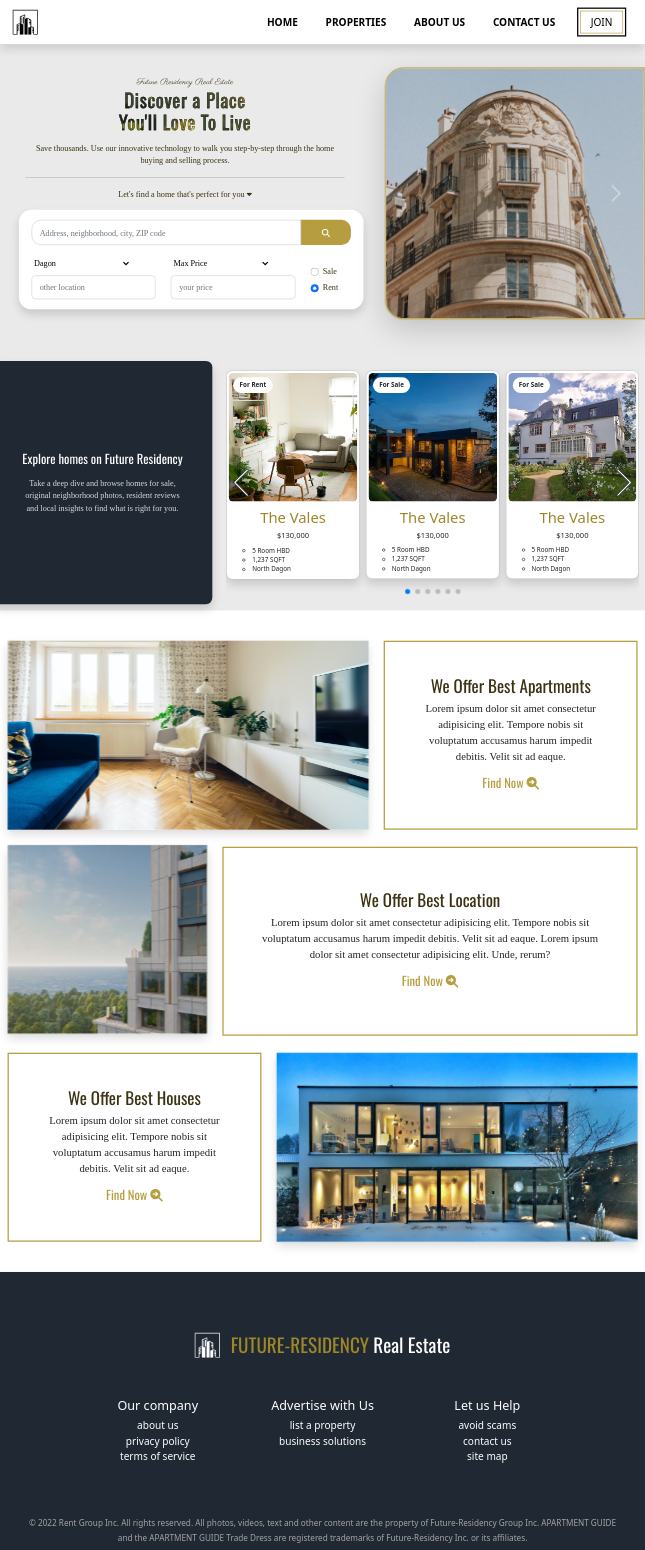
Repository: pyaestk/Future-residency
Page: index.html
These files come from the project's save history. The page is drawn as it stood at one moment and after the next save; the edit follows.
The browser window is 1024 px wide. The pictures show the whole page, at 63% of full size.
Pictures or frames that could not be fetched are drawn as grey boxes. Some web fonts or font styles are not loaded; a fallback is used.

Above is the page before, as saved 2022-12-13 21:30:58.

### index.html
<!doctype html>
<html lang="en">

<head>
  <meta charset="utf-8">
  <meta name="viewport" content="width=device-width, initial-scale=1, minimum-scale=1, maximum-scale=1 ">
  <title>FUTURE-RESIDENCY</title>
  <!--bootstrap-->
  <link href="https://cdn.jsdelivr.net/npm/bootstrap@5.2.3/dist/css/bootstrap.min.css" rel="stylesheet"
    integrity="sha384-rbsA2VBKQhggwzxH7pPCaAqO46MgnOM80zW1RWuH61DGLwZJEdK2Kadq2F9CUG65" crossorigin="anonymous">

  <!--custom css-->
  <link rel="stylesheet" href="style.css" type="text/css">
  <link rel="stylesheet" href="styleMobileview.css" type="text/css">
  <link rel="stylesheet" href="styleTabletview.css" type="text/css">

  <!--font awesome-->
  <link rel="stylesheet" href="https://cdnjs.cloudflare.com/ajax/libs/font-awesome/6.2.1/css/all.min.css"
    integrity="sha512-MV7K8+y+gLIBoVD59lQIYicR65iaqukzvf/nwasF0nqhPay5w/9lJmVM2hMDcnK1OnMGCdVK+iQrJ7lzPJQd1w=="
    crossorigin="anonymous" referrerpolicy="no-referrer" />

  <!--swiper js-->
  <link rel="stylesheet" href="https://cdn.jsdelivr.net/npm/swiper@8/swiper-bundle.min.css" />

</head>

<body>

  <!-- background -->
  <div class="background"></div>

  <!--navigation-->
  <nav class="shadow">
    <div class="logo-area">
      <img src="img/FUTURE_ReSIDENCY-removebg-preview.png" alt="logo" class="logo">
      <span>FUTURE-RESIDENCY</span>
    </div>


    <!--desktop-->
    <div class="navlinks" id="nav-right">
      <div class="icon closeMenubar shadow" onclick="hideMenu()">
        <i class="fa-solid fa-xmark"></i>
      </div>
      <ul>
        <li><a href="#">HOME</a></li>
        <li><a href="properties.html">PROPERTIES</a></li>
        <li><a href="aboutUs.html">ABOUT US</a></li>
        <li><a href="contactUs.html">CONTACT US</a></li>
        <a href="singIn.html" class="navibutton">JOIN</a></li>
      </ul>
    </div>
    <div class="icon openMenubar">
      <i class="fa-solid fa-bars" onclick="showMenu()"></i>
    </div>
  </nav>
  <!--end navigation-->


  <!--jumbotron-->
  <div class="jumbotron mb-5">
    <div class="row mt-3">

      <div class="col-md-7 content">
        <div class="row px-5 text-center">
          <div class="col-md-12 mt-4 px-1">
            <div class="subtext text-center">
              <h4 class="mb-0">Future Residency Real Estate</h4>
            </div>
            <p>Discover a Place <br> You'll Love To Live</p>
            <div class="subtext my-2 text-center">
              <span>Save thousands. Use our innovative technology to walk you
                step-by-step through the home buying and selling process.</span>
            </div>
            <hr>
          </div>
        </div>

        <div class="row justify-content-md-center formsession">
          <div class="col-md-12">
            <div class="mb-3 text-center">
              <span style="--delay: .4s; ">
                Let's find a home that's perfect for you <i class="fa-sharp fa-solid fa-caret-down"></i>
              </span>
            </div>
            <div class="searchSection shadow  py-3 " style="--delay: 1s;">
              <div class="row">
                <div class="container input-group form-area mb-3 searchgroup">
                  <input type="text" class="form-control searchbar" placeholder="Address, neighborhood, city, ZIP code">
                  <button><i class="fa-solid fa-magnifying-glass"></i></button>
                </div>
              </div>
              <div class="row">
                <div class="col-md-5 col">
                  <select name="" id="">
                    <option value="">Dagon</option>
                    <option value="">North Dagon</option>
                    <option value="">Yankin</option>
                    <option value="">San Chaung</option>
                  </select>
                  <input type="text" class="form-control" placeholder="other location">
                </div>
                <div class="col-md-5 col">
                  <select name="" id="">
                    <option value="">Max Price</option>
                    <option value="">Average</option>
                    <option value="">Min Price</option>
                  </select>
                  <input type="text" class="form-control" placeholder="your price">
                </div>
                <div class="col-md-2 pt-3 col-3">
                  <div class="form-check">
                    <input class="form-check-input" type="radio" name="flexRadioDefault" id="flexRadioDefault1">
                    <label class="form-check-label" for="flexRadioDefault1">
                      Sale
                    </label>
                  </div>
                  <div class="form-check">
                    <input class="form-check-input" type="radio" name="flexRadioDefault" id="flexRadioDefault2" checked>
                    <label class="form-check-label" for="flexRadioDefault2">
                      Rent
                    </label>
                  </div>
                </div>
              </div>
            </div>
          </div>
        </div>
      </div>

      <div class="col-md-5 text-center customCarousel my-2">
        <div id="carouselExampleCaptions" class="carousel slide w-100" data-bs-ride="true">
          <div class="carousel-inner carouselborder shadow-lg">
            <div class="carousel-item">
              <video src="img/carouselvideo1.mp4" poster="img/video-poster.jpg" autoplay loop muted></video>
            </div>
            <div class="carousel-item">
              <img src="img/pexels-alesia-talkachova-2768311.jpg" alt="">
            </div>
            <div class="carousel-item active">
              <img src="img/pexels-mathias-reding-5331975.jpg" alt="">
            </div>
          </div>
          <button class="carousel-control-next" type="button" data-bs-target="#carouselExampleCaptions"
            data-bs-slide="next">
            <span class="carousel-control-next-icon" aria-hidden="true"></span>
            <span class="visually-hidden">Next</span>
          </button>
        </div>
      </div>
    </div>
  </div>
  <!--end jumbotron-->

  <div class="group1">
    <div class="row">

      <div class="col-md-4">
        <div class="row label2 shadow">
          <div class="col-md-12 text-center" >

            <h3 id="reveal2">Explore homes on Future Residency</h3>
            <p class="sublabel" id="reveal3" style="font-family: 'Cormorant Infant', serif;">
              Take a deep dive and browse homes for sale, original neighborhood photos, resident reviews and local
              insights to find what is right for you.
            </p>

          </div>
        </div>
      </div>

      <div class="col-md-8">

        <div class="row featuredcard">
          <div class="col-md-12">
            <!--index swiperJs-->
            <div class="swiper mySwiper">
              <div class="swiper-wrapper mb-4">
                <div class="swiper-slide">

                  <div class="card salecard shadow">
                    <div class="salecard-img">
                      <img src="img/apartment1.jpg" class="card-img-top" alt="...">
                      <div class="layer">
                        <a href="saleItem.html" class="text-decoration-none text-white"><h6> See More <i class="fa-sharp fa-solid fa-arrow-right-from-bracket"></i></h6></a>
                      </div>
                      <div class="layer2">
                        <span>For Rent</span>
                      </div>
                    </div>
                    <div class="salecard-body">
                      <div class="row">
                        <div class="col-md-12 text-center">
                          <h4>The Vales</h4>
                          <h6>$130,000</h6>
                        </div>
                        <div class="col-md-12">
                          <li>5 Room HBD</li>
                          <li>1,237 SQFT</li>
                          <li>North Dagon</li>
                        </div>
                      </div>
                    </div>
                  </div>

                </div>
                <div class="swiper-slide">

                  <div class="card salecard shadow">
                    <div class="salecard-img">
                      <img src="img/house3.jpg" class="card-img-top" alt="...">
                      <div class="layer">
                        <h6> See More <i class="fa-sharp fa-solid fa-arrow-right-from-bracket"></i></h6>
                      </div>
                      <div class="layer2">
                        <span>For Sale</span>
                      </div>
                    </div>
                    <div class="salecard-body">
                      <div class="row">
                        <div class="col-md-12 text-center">
                          <h4>The Vales</h4>
                          <h6>$130,000</h6>
                        </div>
                        <div class="col-md-12">
                          <li>5 Room HBD</li>
                          <li>1,237 SQFT</li>
                          <li>North Dagon</li>
                        </div>
                      </div>
                    </div>
                  </div>

                </div>
                <div class="swiper-slide">

                  <div class="card salecard shadow">
                    <div class="salecard-img">
                      <img src="img/house1.jpg" class="card-img-top" alt="...">
                      <div class="layer">
                        <h6> See More <i class="fa-sharp fa-solid fa-arrow-right-from-bracket"></i></h6>
                      </div>
                      <div class="layer2">
                        <span>For Sale</span>
                      </div>
                    </div>
                    <div class="salecard-body">
                      <div class="row">
                        <div class="col-md-12 text-center">
                          <h4>The Vales</h4>
                          <h6>$130,000</h6>
                        </div>
                        <div class="col-md-12">
                          <li>5 Room HBD</li>
                          <li>1,237 SQFT</li>
                          <li>North Dagon</li>
                        </div>
                      </div>
                    </div>
                  </div>

                </div>
                <div class="swiper-slide">

                  <div class="card salecard shadow">
                    <div class="salecard-img">
                      <img src="img/house5.jpg" class="card-img-top" alt="...">
                      <div class="layer">
                        <h6> See More <i class="fa-sharp fa-solid fa-arrow-right-from-bracket"></i></h6>
                      </div>
                      <div class="layer2">
                        <span>For Sale</span>
                      </div>
                    </div>
                    <div class="salecard-body">
                      <div class="row">
                        <div class="col-md-12 text-center">
                          <h4>The Vales</h4>
                          <h6>$130,000</h6>
                        </div>
                        <div class="col-md-12">
                          <li>5 Room HBD</li>
                          <li>1,237 SQFT</li>
                          <li>North Dagon</li>
                        </div>
                      </div>
                    </div>
                  </div>

                </div>
                <div class="swiper-slide">

                  <div class="card salecard shadow">
                    <div class="salecard-img">
                      <img src="img/house10.jpg" class="card-img-top" alt="...">
                      <div class="layer">
                        <h6> See More <i class="fa-sharp fa-solid fa-arrow-right-from-bracket"></i></h6>
                      </div>
                      <div class="layer2">
                        <span>For Sale</span>
                      </div>
                    </div>
                    <div class="salecard-body">
                      <div class="row">
                        <div class="col-md-12 text-center">
                          <h4>The Vales</h4>
                          <h6>$130,000</h6>
                        </div>
                        <div class="col-md-12">
                          <li>5 Room HBD</li>
                          <li>1,237 SQFT</li>
                          <li>North Dagon</li>
                        </div>
                      </div>
                    </div>
                  </div>

                </div>
                <div class="swiper-slide">

                  <div class="card salecard shadow">
                    <div class="salecard-img">
                      <img src="img/apartment5.jpg" class="card-img-top" alt="...">
                      <div class="layer">
                        <h6> See More <i class="fa-sharp fa-solid fa-arrow-right-from-bracket"></i></h6>
                      </div>
                      <div class="layer2">
                        <span>For Rent</span>
                      </div>
                    </div>
                    <div class="salecard-body">
                      <div class="row">
                        <div class="col-md-12 text-center">
                          <h4>The Vales</h4>
                          <h6>$130,000</h6>
                        </div>
                        <div class="col-md-12">
                          <li>5 Room HBD</li>
                          <li>1,237 SQFT</li>
                          <li>North Dagon</li>
                        </div>
                      </div>
                    </div>
                  </div>

                </div>

              </div>

              <div class="swiper-button-next" style="color: #ffffff;   -webkit-text-stroke-width: 1px;
              -webkit-text-stroke-color: #1F2833;"></div>

              <div class="swiper-button-prev text-light" style="color: #ffffff;   -webkit-text-stroke-width: 1px;
              -webkit-text-stroke-color: #1F2833;"></div>

              <div class="swiper-pagination"></div>
            </div>
          </div>
          <!--swiperJs end-->
        </div>
      </div>

    </div>
  </div>
  <!--group1 end-->




  <div class="container-fluid pt-5">
    <div class="row pic-container">
      <div class="col-md-7">
        <div class="pic1">
          <img class="shadow" src="img/jarek-ceborski-jn7uVeCdf6U-unsplash.jpg" alt="" id="reveal2">
        </div>
      </div>
      <div class=" col-md-5 d-flex flex-column justify-content-center">
        <div class="pic1-caption d-flex flex-column justify-content-center px-5 align-items-center" >
          <h3 id="reveal">We Offer Best Apartments</h3>
          <span id="reveal2">Lorem ipsum dolor sit amet consectetur adipisicing elit.
             Tempore nobis sit voluptatum accusamus harum impedit debitis.
             Velit sit ad eaque.
          </span>
          <a href="properties.html" class="text-decoration-none"><h6 id="reveal3">Find Now <i class="fa-solid fa-magnifying-glass-arrow-right"></i></h6></a>
        </div>
      </div>
    </div>
  </div>
  <div class="container-fluid pt-2">
    <div class="row mt-3">
      <div class="col-md-4 vid">
        <video class="shadow" src="img/1624370561481-FbR_sea_fin_2905 - converted with Clipchamp.mp4" muted autoplay loop poster="img/Screenshot 2022-12-05 124058.jpg" id="reveal2"></video>
      </div>
      <div class=" col-md-8 d-flex flex-column justify-content-center">
        <div class="vid-caption px-5 d-flex flex-column justify-content-center align-items-center" >
          <h3 id="reveal">We Offer Best Location</h3>
          <span id="reveal2">Lorem ipsum dolor sit amet consectetur adipisicing elit.
            Tempore nobis sit voluptatum accusamus harum impedit debitis.
            Velit sit ad eaque.
            Lorem ipsum dolor sit amet consectetur adipisicing elit. Unde, rerum?
          </span>
          <a href="properties.html" class="text-decoration-none"><h6 id="reveal3">Find Now <i class="fa-solid fa-magnifying-glass-arrow-right"></i></h6></a>
        </div>
      </div>

    </div>
  </div>

  <div class="container-fluid pt-2 mb-5">
    <div class="row mt-3 pic2-container">

      <div class=" col-md-5 d-flex flex-column justify-content-center">
        <div class="pic2-caption px-5 d-flex flex-column justify-content-center align-items-center">
          <h3 id="reveal">We Offer Best Houses</h3>
          <span id="reveal2">Lorem ipsum dolor sit amet consectetur adipisicing elit.
            Tempore nobis sit voluptatum accusamus harum impedit debitis.
            Velit sit ad eaque.
          </span>
          <a href="properties.html" class="text-decoration-none"><h6 id="reveal3">Find Now <i class="fa-solid fa-magnifying-glass-arrow-right"></i></h6></a>
        </div>
      </div>
      <div class="col-md-7 pic2">
        <img class="shadow" src="img/stephan-bechert-yFV39g6AZ5o-unsplash.jpg" alt="" id="reveal">
      </div>

    </div>
  </div>



  <!--footer-->
  <div class="footer pt-5">
    <div class="container text-center text-white">
      <div class="row">
        <div class="col-md-12 my-5" id="reveal3">
          <h2><img src="img/FUTURE_ReSIDENCY-removebg-preview-modified.png" alt="logo" class="logo pb-2"><span>
              FUTURE-RESIDENCY </span> Real Estate</h2>
        </div>
      </div>
      <div class="row pb-5 gap-5 justify-content-md-center">
        <div class="col col-md-3" id="reveal3">
          </ul>
          <h5>Our company</h5>
          <div>about us</div>
          <div>privacy policy</div>
          <div>terms of service</div>
        </div>
        <div class="col-md-auto" id="reveal3">
          <h5>Advertise with Us</h5>
          <div>list a property</div>
          <div>business solutions</div>
        </div>
        <div class="col col-md-3" id="reveal3">
          <h5>Let us Help</h5>
          <div>avoid scams</div>
          <div>contact us</div>
          <div>site map</div>
        </div>
      </div>
      <hr>
      <div class="row text-center pb-2">
        <div class="col-md-12">
          <span class="copyright" id="reveal3">© 2022 Rent Group Inc. All rights reserved. All photos, videos, text and other content
            are the property of Future-Residency Group Inc. APARTMENT GUIDE and the APARTMENT GUIDE Trade Dress
            are registered trademarks of Future-Residency Inc. or its affiliates.</span>
        </div>
      </div>
    </div>
  </div>



  <!--swiper js-->
  <script src="https://cdn.jsdelivr.net/npm/swiper@8/swiper-bundle.min.js"></script>

  <!--javascript-->
  <script src="app.js"></script>

  <!--bootstrap-->
  <script src="https://cdn.jsdelivr.net/npm/bootstrap@5.2.3/dist/js/bootstrap.bundle.min.js"
    integrity="sha384-kenU1KFdBIe4zVF0s0G1M5b4hcpxyD9F7jL+jjXkk+Q2h455rYXK/7HAuoJl+0I4"
    crossorigin="anonymous"></script>
</body>

</html>

### styleTabletview.css

/* mobile view */

@media only screen and (min-width: 768px) and (max-width: 1100px) {
   /* navigation */
  .logo-area span{
    display: none;
  }

  /* jumbotron */
  .jumbotron p{
    font-size: 30px;
    line-height: 35px;
  }
  .subtext h4, .subtext{
    font-size: 13px;
  }
  .indexBackground{
    background: linear-gradient(90deg, #EAEAEA 65%, #EAEAEA -30%);
  }
  .searchSection{
    margin: 10px 10px 10px 30px;
    padding: 10px 20px;
  }
  .carouselborder{
    height: 400px;
  }
  .carouselborder img{
    /* max-height: 129vh; */
    height: 400px;
  }
  .carousel-control-next{
    padding-right: 30px;
  }
  .formsession span{
    font-size: 13px;
  }
  /* jumbotron end */

  /* first group */
  .group1{
    padding-top: 10px;
    padding-bottom: 10px;
  }
  .label2{
    border-radius: 10px;
    padding: 40px 15px 40px 15px;
  }
  .label2 h3{
    font-size: 20px;
  }
  .sublabel{
    font-size: 13px;
    padding-top: 10px;
  }
  .salecard li{
    padding-left: 20px;
  }
  .featuredcard{
    padding: 0 10px;
  }
  /* second group */
  .label{
    color: #1F2833;
    background-color: white;
    margin: 0 10px;
    border-radius: 10px;
  }
  .label h3{
    font-size: 20px;
    padding: 20px 10px;
  }

  .housecard .salecard{
    width: 230px;
    padding: 0;
  }

  .salecard h6{
    font-size: 12px;
    padding-bottom: 0;
  }
  .salecard li{
    font-size: 10px;
    padding-left: 20px;
    list-style-type: circle;
  }
  .layer h5{
    font-size: 12px;
  }

  .layer2{
    font-size: 10px;
    padding: 3px 3px;
  }

  /* properties */
  .searchSection{
    font-size: 13px;
  }
  .searchSection input::placeholder{
    font-size: 13px;
  }

  /* aboutUs */
  .ourhistory .label2{
    color: white;
    background-color: #1F2833;
    padding: 10px;
    margin-right: 0!important;
  }
  .ourhistory .history{
    border-radius: 20px 5px 5px 20px;
    margin-left: 0!important;
  }
  .history{
    text-align: justify;
    font-size: 10px;
  }
  .locationsession{
    text-align: center;
    margin: 10px;
  }
  .about-caption{
    font-size: 13px;
  }
  .conclusion h3{
    font-size: 20px;
  }
  .conclusion p{
    font-size: 13px;
    text-align: justify;
  }

  /* contact us */
  .contactsession h3{
    font-size: 16px;
  }
  .card-text{
    font-size: 14px;
  }
  .contactCard{
    height: 300px;
  }
  .contactCard h4{
    font-size: 18px;
  }
  .contactCard h6{
    font-size: 14px;
  }
  .contactCard p{
    font-size: 12px;
  }
  .locationsession h4{
    font-size: 15px;
  }
  .question span{
    font-size: 13px;
  }

  /* sign in page */
  .login-form{
    margin-top: 25px;
    min-height: 60vh;
  }
  .login-video{
    margin-top: 25px;
  }
  .loginlayer{
    width: 270px;
  }
  .loginlayer h3{
    font-size: 20px;
  }
  .loginlayer h6{
    font-size: 13px;
  }

  /* saleitem page */
  .itemDetail{
    margin-top: 25px;
    margin-bottom: 30px;
  }
  .itemimage{
    position: relative;
    top: 25px;
  }
  }

Loaded but not shown: app.js (123 lines, source omitted); style.css (731 lines, source omitted); styleMobileview.css (261 lines, source omitted)

After the next save:
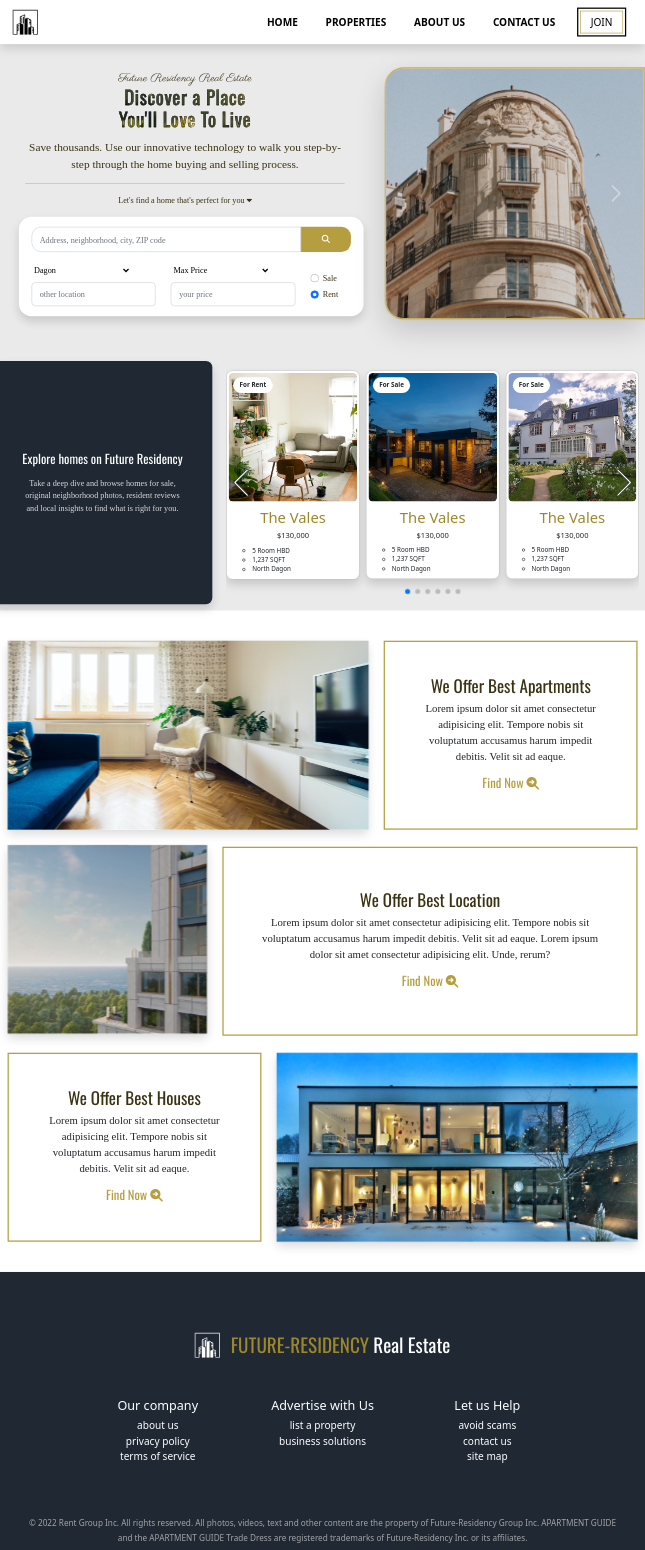
Saved 82 s later.
--- a/styleTabletview.css
+++ b/styleTabletview.css
@@ -13,7 +13,7 @@
     line-height: 35px;
   }
   .subtext h4, .subtext{
-    font-size: 13px;
+    font-size: 18px;
   }
   .indexBackground{
     background: linear-gradient(90deg, #EAEAEA 65%, #EAEAEA -30%);
